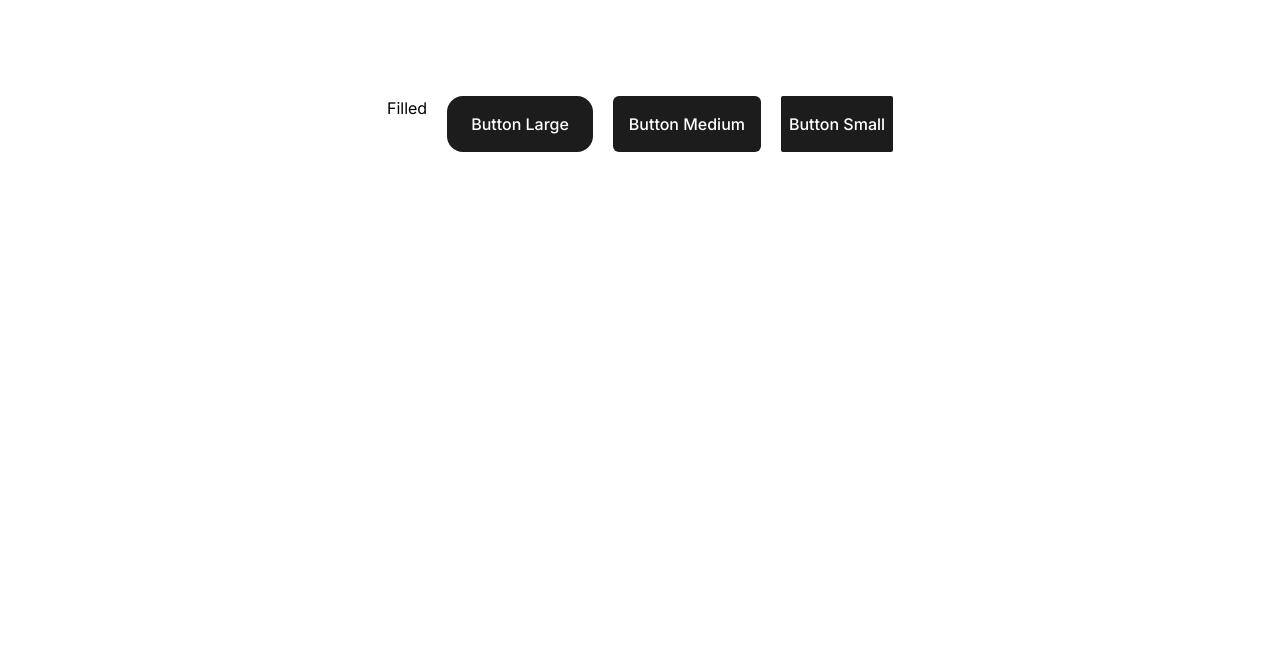
Repository: ggonzaga29/polarized-dashboard
Page: /
An editor plug-in stored every save of this project. The page is shown before and after the next save, followed by the edit.
The browser window is 1280 px wide. The pictures show the whole page.
The project was rebuilt for these pictures with package versions that can differ from the ones it lists, and the page was loaded fresh each time. The framework's server and built-in components were replaced by stand-ins that run in the browser. Also part of the build but not shown: next.config.js.

Above is the page before, as saved 2023-08-03 12:52:55.

After the next save:
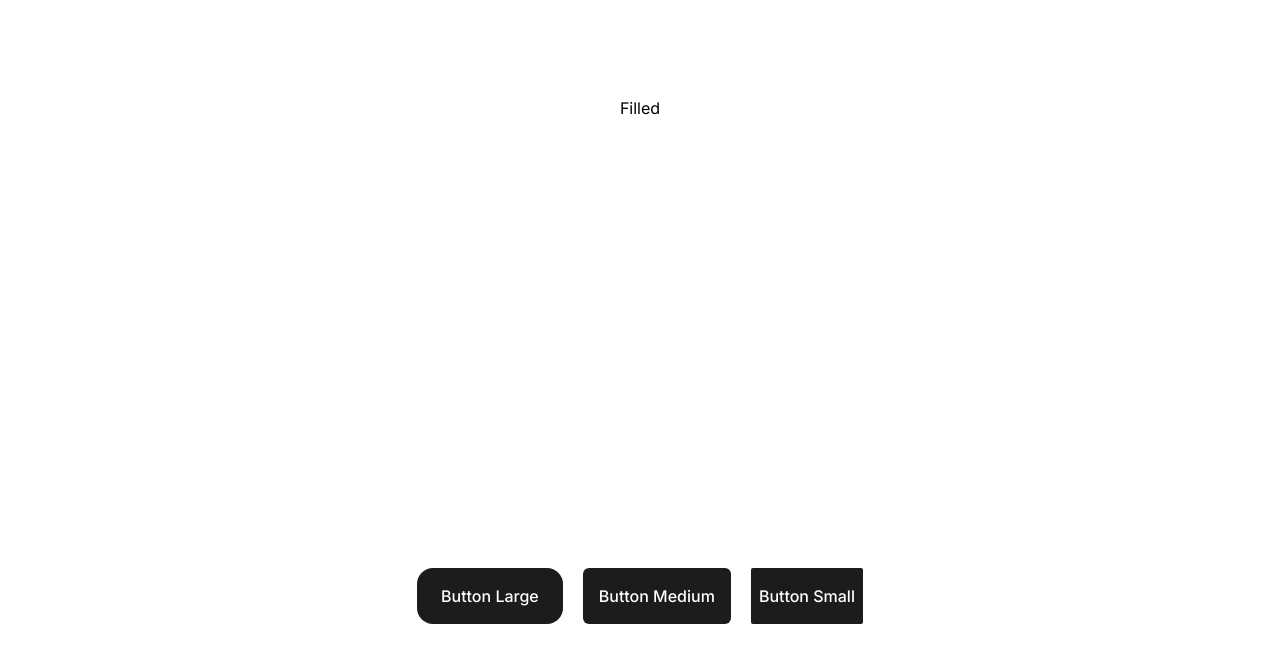
Saved 10 s later.
--- a/src/app/page.jsx
+++ b/src/app/page.jsx
@@ -4,17 +4,17 @@ import { Button } from '@/components/ui/button';
 export default function Home() {
   return (
     <main className="flex min-h-screen flex-col items-center justify-between p-24">
-      <div className='flex gap-5 '>
-        <h2>Filled</h2>
+      <h2>Filled</h2>
+      <div className="flex gap-5 ">
         <Button variant="filled" size="lg">
           Button Large
         </Button>
-				<Button variant="filled" size="md">
-					Button Medium
-				</Button>
-				<Button variant="filled" size="sm">
-					Button Small
-				</Button>
+        <Button variant="filled" size="md">
+          Button Medium
+        </Button>
+        <Button variant="filled" size="sm">
+          Button Small
+        </Button>
       </div>
     </main>
   );
